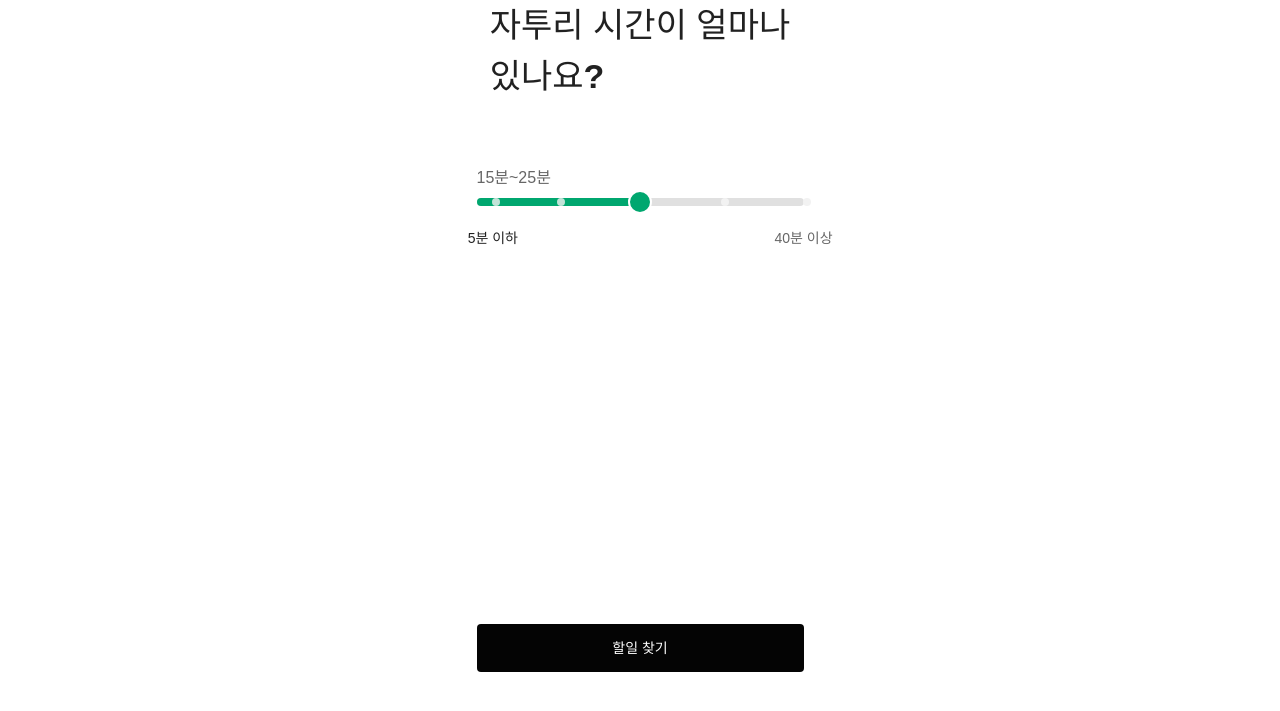
Repository: Tickley-Team/Tickley
Page: /survey
An editor plug-in stored every save of this project. The page is shown before and after the next save, followed by the edit.
The browser window is 1280 px wide. The pictures show the whole page.
The project was rebuilt for these pictures with package versions that can differ from the ones it lists, and the page was loaded fresh each time. Also part of the build but not shown: vite.config.ts, src/components/BottomNavbar.css, src/components/BottomNavbar.tsx, src/hooks/useLocalStorage.ts, src/stores/timeLeftStore.ts, src/utils.ts, src/components/BasicDialog.tsx, src/pages/Todos.tsx and 12 more.

Above is the page before, as saved 2024-12-09 16:47:40.

### index.html
<!doctype html>
<html lang="en">
  <head>
    <meta charset="UTF-8" />
    <link rel="icon" type="image/svg+xml" href="/src/assets/tickley-favicon.svg" />
    <meta name="viewport" content="width=device-width, initial-scale=1.0" />
    <title>Tickley</title>
    <meta name="description" content="자투리 시간을 알차게 보내고 싶으신가요? 그럼 티클리!">
    <meta property="og:title" content="Tickley">
    <meta property="og:url" content="https://tickley-team.github.io/Tickley/">
    <meta property="og:image" content="https://tickley-team.github.io/Tickley/cute-tickley.png">
    <meta property="og:description" content="자투리 시간을 알차게 보내고 싶으신가요? 그럼 티클리!">
  </head>
  <body>
    <div id="root"></div>
    <script type="module" src="/src/main.tsx"></script>
  </body>
</html>

### src/index.css
:root {
  font-family: Pretandard, system-ui, Avenir, Helvetica, Arial, sans-serif;

  color-scheme: light dark;
  font-synthesis: none;
  text-rendering: optimizeLegibility;
  -webkit-font-smoothing: antialiased;
  -moz-osx-font-smoothing: grayscale;
}

@font-face {
  font-family: 'S-CoreDream-5Medium';
  src: url('https://fastly.jsdelivr.net/gh/projectnoonnu/noonfonts_six@1.2/S-CoreDream-5Medium.woff')
    format('woff');
  font-weight: 500;
  font-style: normal;
}

@font-face {
  font-family: 'S-CoreDream-6Bold';
  src: url('https://fastly.jsdelivr.net/gh/projectnoonnu/noonfonts_six@1.2/S-CoreDream-6Bold.woff')
    format('woff');
  font-weight: 600;
  font-style: normal;
}

@font-face {
  font-family: 'S-CoreDream-8Heavy';
  src: url('https://fastly.jsdelivr.net/gh/projectnoonnu/noonfonts_six@1.2/S-CoreDream-8Heavy.woff')
    format('woff');
  font-weight: 800;
  font-style: normal;
}

@font-face {
  font-family: 'S-CoreDream-7ExtraBold';
  src: url('https://fastly.jsdelivr.net/gh/projectnoonnu/noonfonts_six@1.2/S-CoreDream-7ExtraBold.woff')
    format('woff');
  font-weight: 700;
  font-style: normal;
}

### src/App.tsx
import Todos from './pages/Todos'
import TodosFind from './pages/TodosFind'
import SurveySpareTime from './pages/SurveySpareTime'
import Home from './pages/Home'
import OnboardingPage from './pages/OnboardingPage'
import TodosMemory from './pages/TodosMemory'
import ProgressTimer from './pages/ProgressTimer'
import CompletedTimer from './pages/CompletedTimer'
import { fetchRecommendTodos } from './api/fetchRecommendTodos'
import { createBrowserRouter, RouterProvider } from 'react-router'
import { ThemeProvider } from '@mui/material/styles'
import { TickleyTheme } from './theme'
import CssBaseline from '@mui/material/CssBaseline'

function App() {
  const isProduction = process.env.NODE_ENV === 'production'
  const basename = isProduction ? '/Tickley' : '/'

  const router = createBrowserRouter(
    [
      {
        path: '/',
        element: <Home />,
      },
      {
        path: '/todos',
        element: <Todos />,
      },
      {
        path: '/todos/find',
        element: <TodosFind />,
        loader: () =>
          fetchRecommendTodos(
            `${import.meta.env.BASE_URL}data/todoRecommendData.json`,
          ),
      },
      {
        path: '/todos/memory',
        element: <TodosMemory />,
      },
      {
        path: '/survey',
        element: <SurveySpareTime />,
      },
      {
        path: '/onboarding/:onboardingId',
        element: <OnboardingPage />,
      },
      {
        path: '/timer/progress',
        element: <ProgressTimer />,
      },
      {
        path: '/timer/completed',
        element: <CompletedTimer />,
      },
    ],
    {
      basename,
    },
  )

  return (
    <ThemeProvider theme={TickleyTheme}>
      <RouterProvider router={router} />
      <CssBaseline />
    </ThemeProvider>
  )
}

export default App

### src/pages/SurveySpareTime/index.tsx
import { useCallback } from 'react'
import { useNavigate } from 'react-router'
import { MobileLayout } from '../../layout/MobileLayout'
import { RangeSlider } from '../../components/RangeSlider'
import { Typography } from '@mui/material'
import { CTAButton } from '../../components/Button'

const SurveySpareTime = () => {
  const navigate = useNavigate()
  const handleClickButton = useCallback(() => {
    navigate('/todos/find')
  }, [])
  return (
    <MobileLayout>
      <Typography
        variant="title-6-bold-34"
        sx={{
          whiteSpace: 'pre-line',
          textAlign: 'left',
          marginBottom: '64px',
        }}
      >
        {`자투리 시간이 얼마나\n있나요?`}
      </Typography>
      <RangeSlider />
      <CTAButton
        sx={{ marginTop: 'auto', marginBottom: '48px' }}
        onClick={handleClickButton}
      >
        할일 찾기{' '}
      </CTAButton>
    </MobileLayout>
  )
}

export default SurveySpareTime

### src/api/fetchRecommendTodos.ts
import { RecommendTodo } from '../types'

export const fetchRecommendTodos = async (
  path: string,
): Promise<Array<RecommendTodo>> => {
  try {
    const response = await fetch(path)
    if (!response.ok) {
      throw new Error(`HTTP error! status: ${response.status}`)
    }
    return response.json()
  } catch (error) {
    if (error instanceof Error) {
      throw new Error(`데이터 로드 실패: ${error.message}`)
    }
    throw new Error('알 수 없는 에러가 발생했습니다')
  }
}

### src/theme.ts
import { createTheme } from '@mui/material/styles'

import tokens from './assets/tokens.json'

import React from 'react'

export const TickleyTheme = createTheme({
  palette: {
    primary100: tokens.color.pri100.value,
    primary500: tokens.color.pri500.value,
    primary900: tokens.color.pri900.value,

    gray100: tokens.color.gray100.value,
    gray200: tokens.color.gray200.value,
    gray300: tokens.color.gray300.value,
    gray400: tokens.color.gray400.value,
    gray600: tokens.color.gray600.value,
    gray700: tokens.color.gray700.value,
    gray800: tokens.color.gray800.value,
    gray900: tokens.color.gray900.value,
    gray1000: tokens.color.gray1000.value,

    semanticRed: '#F24822',
    semanticPurple1: '#5B67BA',
    semanticGreen: '#009951',
    semanticGreen1: '#D6F2CC',
    semanticGreen2: '#B2DDA2',
    semanticGreen3: '#7BB766',
    semanticGreen4: '#367A1E',
  },

  typography: {
    fontFamily: '"S-CoreDream", Arial, sans-serif',

    'headline-8-heavy': {
      fontWeight: 800,

      fontSize: '48px',
    },

    'headline-5-medium': {
      fontWeight: 500,

      fontSize: '66px',
    },

    'title-6-bold-34': {
      fontWeight: 600,

      fontSize: '34px',
    },

    'title-5-medium-26': {
      fontWeight: 500,

      fontSize: '26px',
    },

    'title-7-extrabold-20': {
      fontWeight: 700,

      fontSize: '20px',
    },

    'title-5-medium-18': {
      fontWeight: 500,

      fontSize: '18px',
    },

    'title-5-medium-16': {
      fontWeight: 500,

      fontSize: '16px',
    },

    'title-5-medium-12': {
      fontWeight: 500,

      fontSize: '12px',
    },
  },
})

//TODO: 타입 정의 파일로 옮기기

declare module '@mui/material/styles' {
  interface Palette {
    primary100: string
    primary500: string
    primary900: string
    gray100: string
    gray200: string
    gray300: string
    gray400: string
    gray600: string
    gray700: string
    gray800: string
    gray900: string
    gray1000: string

    semanticGreen1: string
    semanticGreen2: string
    semanticGreen3: string
    semanticGreen4: string
    semanticRed: string
    semanticPurple1: string
    semanticGreen: string
  }

  interface PaletteOptions {
    primary100: string
    primary500: string
    primary900: string
    gray100: string
    gray200: string
    gray300: string
    gray400: string
    gray600: string
    gray700: string
    gray800: string
    gray900: string
    gray1000: string

    semanticGreen1: string
    semanticGreen2: string
    semanticGreen3: string
    semanticGreen4: string
    semanticRed: string
    semanticPurple1: string
    semanticGreen: string
  }
}

declare module '@mui/material/Typography' {
  interface TypographyPropsVariantOverrides {
    'headline-5-medium': true

    'headline-8-heavy': true

    'title-6-bold-34': true

    'title-5-medium-26': true

    'title-7-extrabold-20': true

    'title-5-medium-18': true

    'title-5-medium-16': true

    'title-5-medium-12': true
  }
}

declare module '@mui/material/styles' {
  interface TypographyVariants {
    'headline-5-medium': React.CSSProperties

    'headline-8-heavy': React.CSSProperties

    'title-6-bold-34': React.CSSProperties

    'title-5-medium-26': React.CSSProperties

    'title-7-extrabold-20': React.CSSProperties

    'title-5-medium-18': React.CSSProperties

    'title-5-medium-16': React.CSSProperties

    'title-5-medium-12': React.CSSProperties
  }

  interface TypographyVariantsOptions {
    'headline-5-medium'?: React.CSSProperties

    'headline-8-heavy'?: React.CSSProperties

    'title-6-bold-34'?: React.CSSProperties

    'title-5-medium-26'?: React.CSSProperties

    'title-7-extrabold-20'?: React.CSSProperties

    'title-5-medium-18'?: React.CSSProperties

    'title-5-medium-16'?: React.CSSProperties

    'title-5-medium-12'?: React.CSSProperties
  }
}

### src/components/RangeSlider.tsx
import styled from '@emotion/styled'
import { Box, Slider, SliderProps, Typography } from '@mui/material'
import { useRecommendTodoFilterStore } from '../stores/recommendTodoFilterStore'

type RangeSliderProps = Partial<SliderProps>

const RangeMapper = [
  { value: 5, label: '5분 이하', displayText: '5분 이하', time: 5 },
  { value: 25, label: '', displayText: '5분~15분', time: 15 },
  { value: 50, label: '', displayText: '15분~25분', time: 25 },
  { value: 75, label: '', displayText: '25분~35분', time: 35 },
  { value: 100, label: '40분 이상', displayText: '40분 이상', time: 40 },
]

export const RangeSlider = ({ ...restProps }: RangeSliderProps) => {
  const { spareTime, setSpareTime } = useRecommendTodoFilterStore()

  const handleChange = (_event: Event, value: number | number[]) => {
    const time = RangeMapper.find((step) => step.value === value)?.time
    setSpareTime(time ?? 5)
  }

  const marks = RangeMapper.map(({ value, label }) => ({
    value,
    label,
  }))
  return (
    <Box width={'100%'}>
      <Typography sx={{ mb: 1, color: '#666666' }}>
        {/* TODO: refactor 연산 */}
        {RangeMapper.find(({ time }) => time === spareTime)?.displayText}
      </Typography>
      <CustomSlider
        value={RangeMapper.find(({ time }) => time === spareTime)?.value}
        marks={marks}
        step={null}
        onChange={handleChange}
        {...restProps}
      />
    </Box>
  )
}

const CustomSlider = styled(Slider)({
  height: 8,
  padding: 0,
  '& .MuiSlider-rail': {
    opacity: 1,
    backgroundColor: '#E0E0E0', // gray300
  },
  '& .MuiSlider-track': {
    border: 'none',
    backgroundColor: '#00A76F', // pri500
  },
  '& .MuiSlider-thumb': {
    height: 24,
    width: 24,
    backgroundColor: '#00A76F', // pri500
    border: '2px solid #fff',
    '&:focus, &:hover, &.Mui-active, &.Mui-focusVisible': {
      boxShadow: 'inherit',
    },
    '&:before': {
      display: 'none',
    },
  },
  '& .MuiSlider-mark': {
    backgroundColor: '#F2F2F2', // gray200
    height: 8,
    width: 8,
    borderRadius: '50%',
    marginTop: 0,
  },
})

### src/layout/MobileLayout.tsx
import { Container } from '@mui/material'

export const MobileLayout = ({
  children,
  ...restProps
}: {
  children: React.ReactNode
}) => {
  return (
    <Container
      sx={{
        maxWidth: '375px', // 최대 너비 375px
        margin: '0 auto',
        backgroundColor: 'white',
        height: '100vh',
        display: 'flex', // Flexbox를 사용하여 콘텐츠 정렬
        flexDirection: 'column',
        justifyContent: 'center',
        alignItems: 'center',
        '@media (min-width: 1200px)': {
          maxWidth: '375px', // 1200px 이상에서도 375px 고정
        },
      }}
      {...restProps}
    >
      {/* 여기에 콘텐츠를 추가 */}
      {children}
    </Container>
  )
}

### src/stores/recommendTodoFilterStore.ts
import { create } from 'zustand'

interface RecommendTodoFilterStore {
  categoryName: string
  spareTime: number
  setSpareTime: (spareTime: number) => void
  setCategoryName: (categoryName: string) => void
}
export const useRecommendTodoFilterStore = create<RecommendTodoFilterStore>()(
  (set) => ({
    categoryName: '휴식',
    spareTime: 25,
    setSpareTime: (spareTime) => set({ spareTime }),
    setCategoryName: (categoryName) => set({ categoryName }),
  }),
)

### src/components/Button.tsx
import { Box, Button as BaseButton, ButtonProps } from '@mui/material'
import { styled } from '@mui/system'

type Props = ButtonProps & {
  children: React.ReactNode
}
export const CTAButton = ({ children, ...restProps }: Props) => {
  return (
    <Button sx={{ marginBottom: '48px' }} {...restProps}>
      {children}
    </Button>
  )
}

const Button = styled(BaseButton)(({ theme }) => ({
  height: 48,
  borderRadius: 4,
  width: '100%',
  justifyContent: 'center',
  alignItems: 'center',
  display: 'inline-flex',
  marginTop: 'auto', // 버튼을 하단으로 밀기
  marginBottom: '48px',
  backgroundColor: theme.palette.gray1000, // theme 사용
  color: theme.palette.gray100, // theme 사용
}))

### src/assets/tokens.json
{
  "color": {
    "pri500": {
      "description": "",
      "type": "color",
      "value": "#1d997cff",
      "blendMode": "normal"
    },
    "pri100": {
      "description": "",
      "type": "color",
      "value": "#d7f6efff",
      "blendMode": "normal"
    },
    "pri900": {
      "description": "",
      "type": "color",
      "value": "#044637ff",
      "blendMode": "normal"
    },
    "gray1000": {
      "description": "",
      "type": "color",
      "value": "#040404ff",
      "blendMode": "normal"
    },
    "gray300": {
      "description": "",
      "type": "color",
      "value": "#f0f1f5ff",
      "blendMode": "normal"
    },
    "gray400": {
      "description": "",
      "type": "color",
      "value": "#d9dae2ff",
      "blendMode": "normal"
    },
    "gray500": {
      "description": "",
      "type": "color",
      "value": "#b9babfff",
      "blendMode": "normal"
    },
    "gray900": {
      "description": "",
      "type": "color",
      "value": "#232327ff",
      "blendMode": "normal"
    },
    "gray600": {
      "description": "",
      "type": "color",
      "value": "#999a9fff",
      "blendMode": "normal"
    },
    "gray700": {
      "description": "",
      "type": "color",
      "value": "#717277ff",
      "blendMode": "normal"
    },
    "gray800": {
      "description": "",
      "type": "color",
      "value": "#3f3f44ff",
      "blendMode": "normal"
    },
    "gray200": {
      "description": "",
      "type": "color",
      "value": "#f9fafcff",
      "blendMode": "normal"
    },
    "gray100": {
      "description": "",
      "type": "color",
      "value": "#ffffffff",
      "blendMode": "normal"
    }
  },
  "grid": {
    "grid": {
      "0": {
        "type": "custom-grid",
        "value": {
          "pattern": "columns",
          "gutterSize": 0,
          "alignment": "stretch",
          "count": 1,
          "offset": 16
        }
      },
      "1": {
        "type": "custom-grid",
        "value": {
          "pattern": "columns",
          "gutterSize": 16,
          "alignment": "stretch",
          "count": 4,
          "offset": 16
        }
      },
      "description": null
    }
  },
  "variable collection": {
    "pri500": { "type": "color", "value": "#f5c21aff", "blendMode": "normal" },
    "pri600": { "type": "color", "value": "#f5bb1aff", "blendMode": "normal" },
    "color": {
      "description": "",
      "type": "color",
      "value": "{variable collection.pri500}"
    }
  }
}

Loaded but not shown: src/main.tsx (common file)

After the next save:
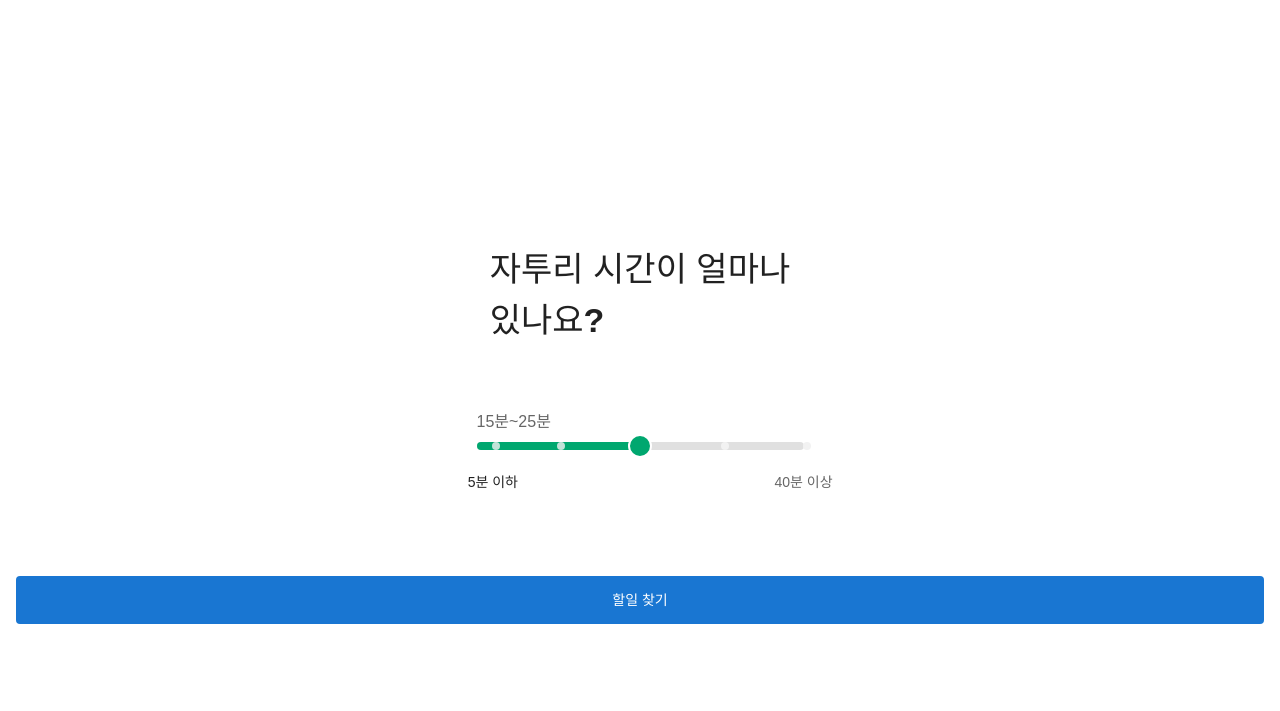
Saved 78 s later.
--- a/src/components/Button.tsx
+++ b/src/components/Button.tsx
@@ -13,14 +13,13 @@
 }
 
 const Button = styled(BaseButton)(({ theme }) => ({
-  height: 48,
-  borderRadius: 4,
-  width: '100%',
-  justifyContent: 'center',
-  alignItems: 'center',
-  display: 'inline-flex',
-  marginTop: 'auto', // 버튼을 하단으로 밀기
-  marginBottom: '48px',
-  backgroundColor: theme.palette.gray1000, // theme 사용
-  color: theme.palette.gray100, // theme 사용
+  position: 'absolute', // 버튼을 절대 위치로 설정
+  bottom: '48px', // 하단에서 48px 떨어지게 설정
+  left: '50%', // 가로 중앙 정렬
+  transform: 'translateX(-50%)', // 정확한 중앙 정렬
+  width: 'calc(100% - 32px)', // 가로 폭을 100%에서 좌우 여백을 제외한 값으로 설정
+  height: '48px',
+  backgroundColor: '#1976d2', // 버튼 배경색
+  color: 'white',
+  borderRadius: '4px',
 }))
